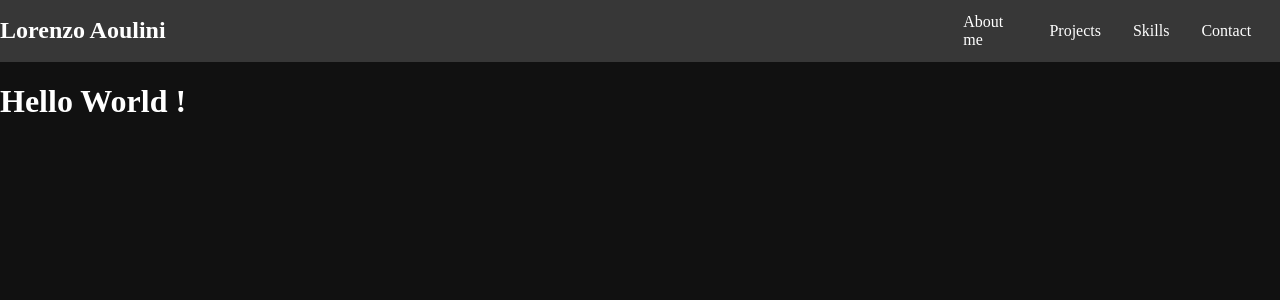
Repository: lolo298/lolo298.github.io
Page: index.html
The author's editor kept a copy of each file at every save. The page is drawn from the files as they stood at one save, then again after the next save.
The browser window is 1280 px wide. The pictures show the whole page.

Above is the page before, as saved 2022-05-09 17:27:57.

After the next save:
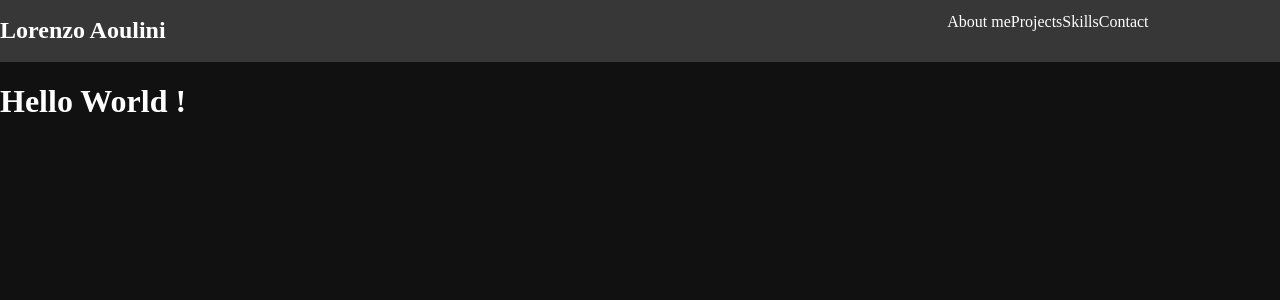
Saved 16 s later.
--- a/css/style.css
+++ b/css/style.css
@@ -40,14 +40,6 @@ body {
 }
 
 .main-navbar-item {
-    height: 100%;
-    padding: 0% 5% 0% 5%;
-    display: flex;
-    justify-content: center;
-    align-items: center;
-}
-
-.main-navbar-item {
     vertical-align: middle;
     text-decoration: none;
     color: white;
